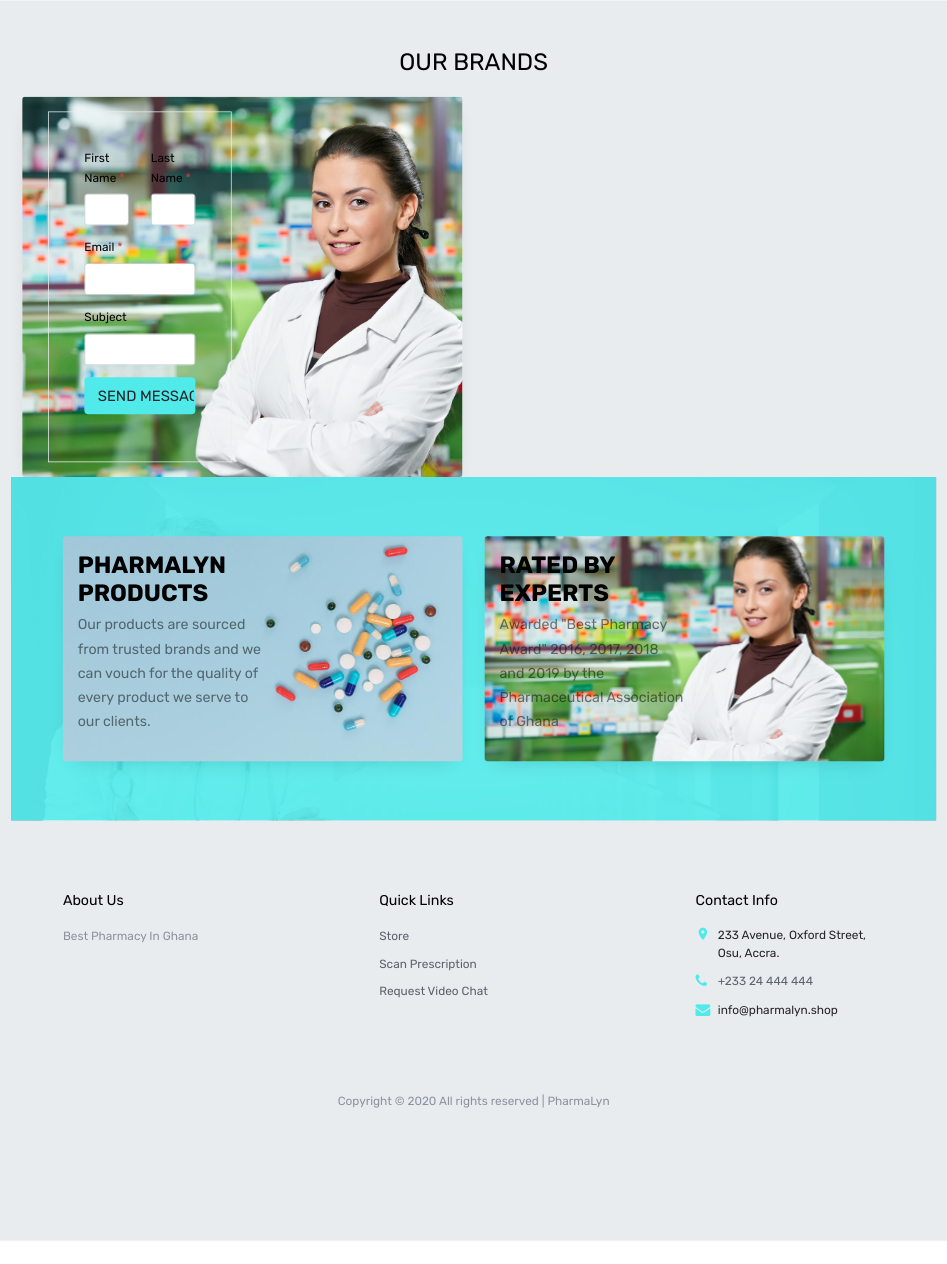
Repository: Nat-A/finalyearproject
Page: pharma/index - Copy.html
An editor plug-in stored every save of this project. The page is shown before and after the next save, followed by the edit.
The browser window is 1280 px wide. The pictures show the part of the page from y = 802 to 2510 px (the page is 2510 px tall before and 2444 px after), at 74% of full size.

Above is the page before, as saved 2020-06-03 12:43:55.

After the next save:
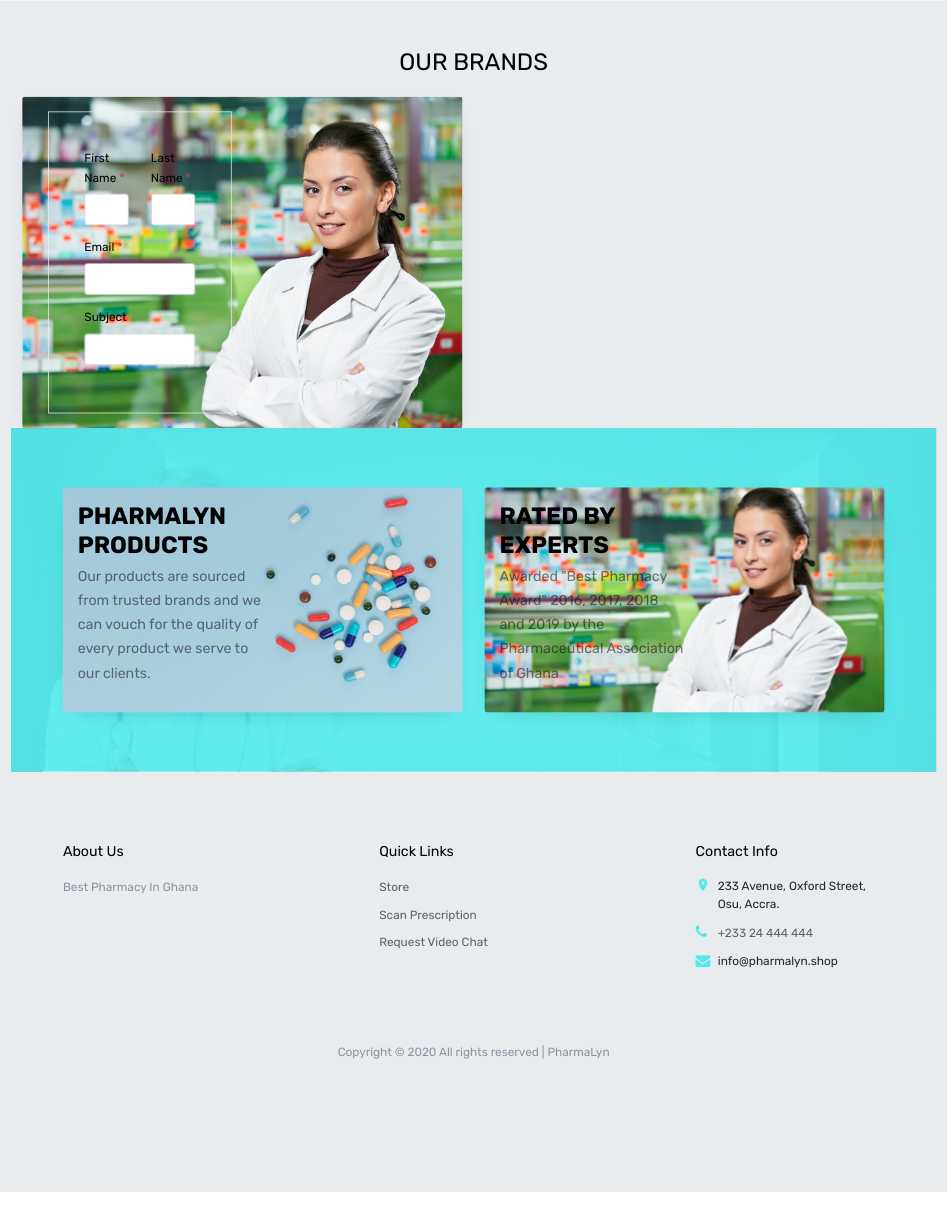
Saved 6 s later.
--- a/pharma/index - Copy.html
+++ b/pharma/index - Copy.html
@@ -143,11 +143,7 @@
                                         </div>
 
 
-                                        <div class="form-group row">
-                                            <div class="col-lg-12">
-                                                <input type="submit" class="btn btn-primary btn-lg btn-block" value="Send Message">
-                                            </div>
-                                        </div>
+
                                     </div>
                                 </form>
                             </div>
